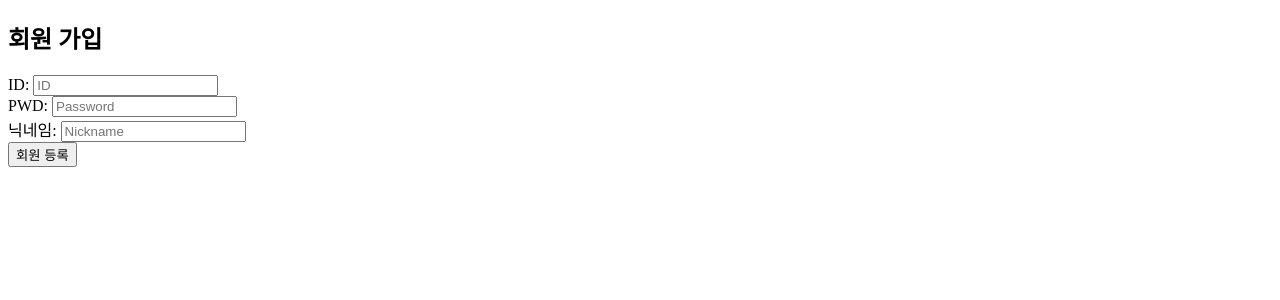
Repository: Jadedvst/Java_JSP-Servlet
Page: http://localhost/MustHaveJSP/JSMission/InsertForm.jsp
The author's editor kept a copy of each file at every save. The page is drawn from the files as they stood at one save, then again after the next save.
The browser window is 1280 px wide. The pictures show the whole page.
The page is served by Tomcat 10. Other server files are loaded and not shown.

Above is the page before, as saved 2023-12-13 08:18:44.

### MustHaveJSP/src/main/webapp/JSMission/InsertForm.jsp
<%@page import="java.sql.PreparedStatement"%>
<%@page import="java.sql.Connection"%>
<%@page import="common.JDBConnect"%>
<%@ page language="java" contentType="text/html; charset=UTF-8"
    pageEncoding="UTF-8"%>

<%-- <%
JDBConnect jdbc = new JDBConnect();

/* String id ="test1";
String pwd = "1111";
String name = "testMem1";// 길이 주의 */
String id_value=request.getParameter("id");
String pwd_value=request.getParameter("pwd");
String nn_value=request.getParameter("nickname");

String sql = "INSERT INTO member(id,pass,name)"
			+"SELECT ?,?,?"
			+"WHERE NOT EXISTS (SELECT id FROM member WHERE id=?)";
PreparedStatement psmt=jdbc.getCon().prepareStatement(sql);
psmt.setString(1,id_value);
psmt.setString(2,pwd_value);
psmt.setString(3,nn_value);
psmt.setString(4,id_value);

int inResult = psmt.executeUpdate();
out.println(inResult+"회원가입 완료");
try{
	psmt.close();
}catch(Exception e){
	e.printStackTrace();
}
jdbc.close();//jbdc instance의 con, psmt가 일치 하지 않아서 따로 닫아줘야함
%> --%>
<%-- <%
String id_value=request.getParameter("id");
String pwd_value=request.getParameter("pwd");
String nn_value=request.getParameter("nickname");
%> --%>
<!DOCTYPE html>
<html>
<head>
<meta charset="UTF-8">
<title>Mission6</title>
</head>
<body>
	<h2>회원 가입</h2>
	<form>
		ID: <input type="text" name="id" value="" placeholder="ID" ><br/>
		PWD: <input type="text" name="pwd" placeholder="Password"><br/>
		닉네임: <input type="text" name="nickname" placeholder="Nickname"><br/>
		<input type="submit" value="회원 등록">
	</form>
</body>
</html>

After the next save:
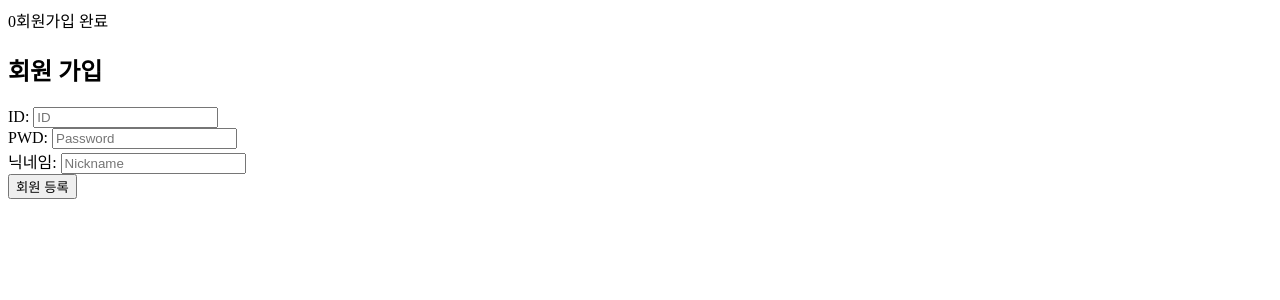
Saved 64 s later.
--- a/MustHaveJSP/src/main/webapp/JSMission/InsertForm.jsp
+++ b/MustHaveJSP/src/main/webapp/JSMission/InsertForm.jsp
@@ -4,7 +4,7 @@
 <%@ page language="java" contentType="text/html; charset=UTF-8"
     pageEncoding="UTF-8"%>
 
-<%-- <%
+<%
 JDBConnect jdbc = new JDBConnect();
 
 /* String id ="test1";
@@ -31,7 +31,7 @@
 	e.printStackTrace();
 }
 jdbc.close();//jbdc instance의 con, psmt가 일치 하지 않아서 따로 닫아줘야함
-%> --%>
+%>
 <%-- <%
 String id_value=request.getParameter("id");
 String pwd_value=request.getParameter("pwd");
@@ -47,8 +47,8 @@
 	<h2>회원 가입</h2>
 	<form>
 		ID: <input type="text" name="id" value="" placeholder="ID" ><br/>
-		PWD: <input type="text" name="pwd" placeholder="Password"><br/>
-		닉네임: <input type="text" name="nickname" placeholder="Nickname"><br/>
+		PWD: <input type="text" name="pwd" value="" placeholder="Password"><br/>
+		닉네임: <input type="text" name="nickname" value="" placeholder="Nickname"><br/>
 		<input type="submit" value="회원 등록">
 	</form>
 </body>

After the save that followed:
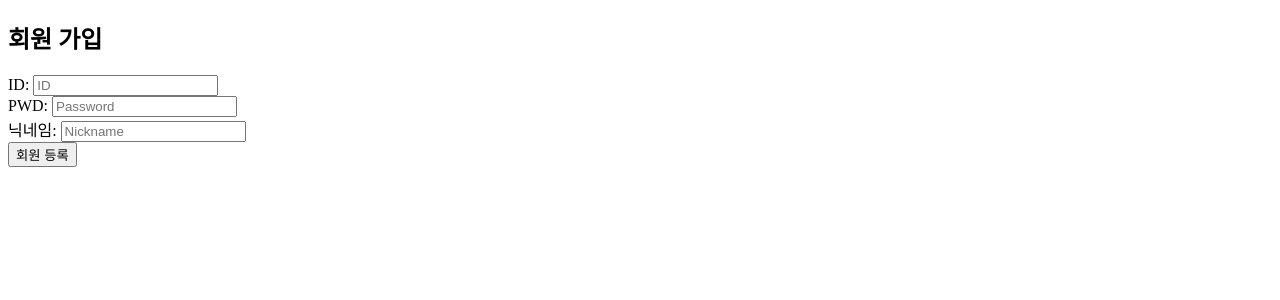
Saved 40 s later.
--- a/MustHaveJSP/src/main/webapp/JSMission/InsertForm.jsp
+++ b/MustHaveJSP/src/main/webapp/JSMission/InsertForm.jsp
@@ -14,7 +14,7 @@
 String pwd_value=request.getParameter("pwd");
 String nn_value=request.getParameter("nickname");
 
-String sql = "INSERT INTO member(id,pass,name)"
+/* String sql = "INSERT INTO member(id,pass,name)"
 			+"SELECT ?,?,?"
 			+"WHERE NOT EXISTS (SELECT id FROM member WHERE id=?)";
 PreparedStatement psmt=jdbc.getCon().prepareStatement(sql);
@@ -29,7 +29,7 @@
 	psmt.close();
 }catch(Exception e){
 	e.printStackTrace();
-}
+} */
 jdbc.close();//jbdc instance의 con, psmt가 일치 하지 않아서 따로 닫아줘야함
 %>
 <%-- <%
